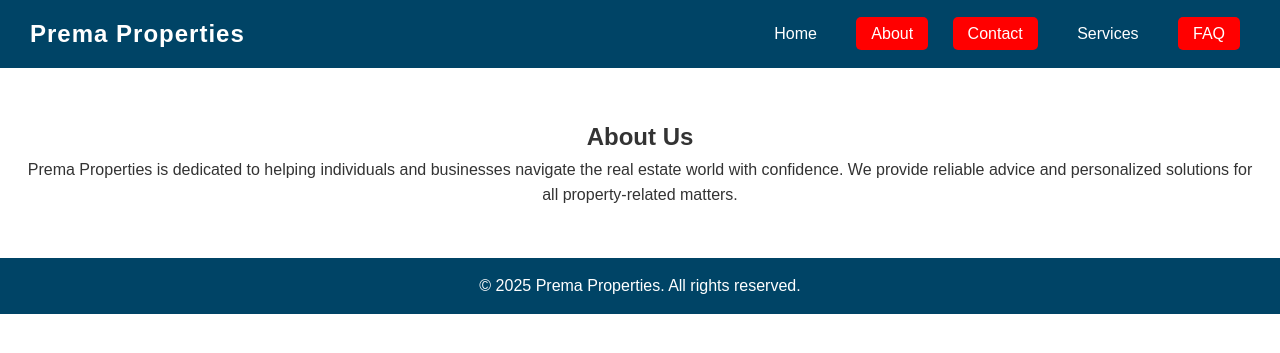
Repository: mnqobiMenzi/Prema-Properties
Page: about-us.html
An editor plug-in stored every save of this project. The page is shown before and after a run of saves, followed by the edit.
The browser window is 1280 px wide. The pictures show the whole page.

Above is the page before, as saved 2025-10-04 08:50:55.

After the next 3 saves:
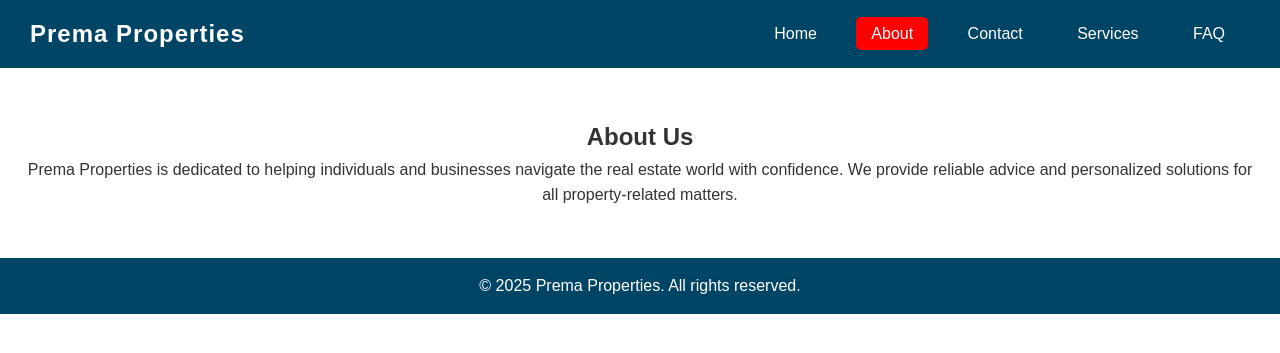
The 3 saves are shown as one change because they came seconds apart.
The last was saved 9 s later.
--- a/about-us.html
+++ b/about-us.html
@@ -14,9 +14,9 @@
     <nav>
       <a href="index.html">Home</a>
       <a href="#about" class="active">About</a>
-      <a href="contact-us.html" class="active">Contact</a>
+      <a href="contact-us.html">Contact</a>
       <a href="services.html">Services</a>
-      <a href="FAQ.html" class="active">FAQ</a>
+      <a href="FAQ.html">FAQ</a>
     </nav>
   </header>
 
